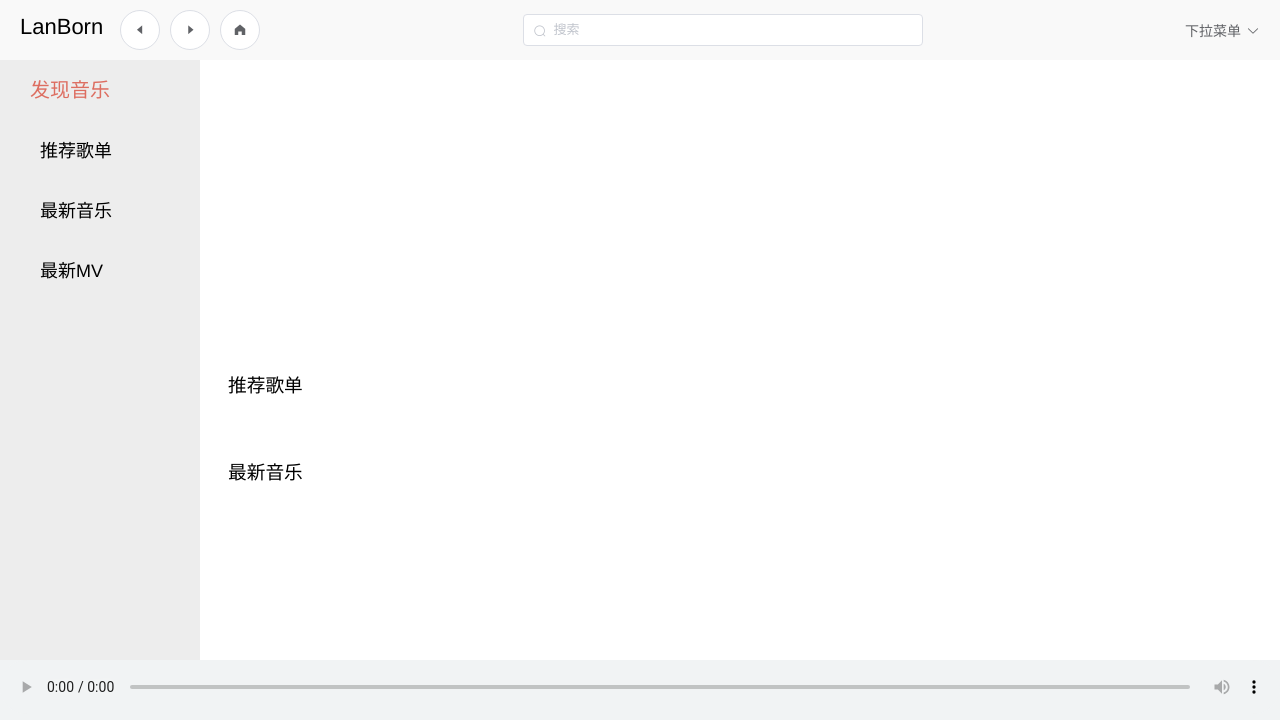
Repository: Lanborn/cloud_music
Page: /
An editor plug-in stored every save of this project. The page is shown before and after the next save, followed by the edit.
The browser window is 1280 px wide. The pictures show the whole page.
The page's requests for data from a server got no answer. An inner scrolling area shows only its first screen. The project was rebuilt for these pictures with package versions that can differ from the ones it lists, and the page was loaded fresh each time. No one was signed in, and anything a server would have sent is missing. Also part of the build but not shown: vue.config.js, src/components/playlists.vue, src/components/songs.vue, src/components/mvs.vue, src/components/result.vue, src/components/playlist.vue, src/components/mv.vue.

Above is the page before, as saved 2021-12-11 19:24:25.

### src/views/top.vue
<template>
  <div class="top-container">
    <div class="left-box">
      <div class="icon-wrapper">
        <el-tooltip class="item" :enterable="false" effect="dark" content="去主页：lanborn.github.io/Vueprs/" placement="bottom">
          <!-- <img src="" alt=""> -->
          <a class="el-tooltip item" href="https://lanborn.github.io/Vueprs/">LanBorn</a>
        </el-tooltip>
      </div>
      <div style="margin-left:20px" class="history-wrapper">
        <el-button @click="backLast" icon="el-icon-caret-left" circle></el-button>
        <el-button @click="preForWard" icon="el-icon-caret-right" circle></el-button>
        <el-button @click="goHome" icon="el-icon-s-home" circle></el-button>
      </div>
    </div>
    <div class="center-box">
        <div class="el-input el-input--small el-input--prefix">
          <input
            type="text"
            autocomplete="on"
            placeholder="搜索"
            class="el-input__inner"
            @keyup.enter="toResult"
            v-model="inputValue"
          />
          <span class="el-input__prefix">
            <i class="el-input__icon el-icon-search"></i>
          </span>
          <ul class="list-group">
            <li v-for="(item,index) in songList" :key="index" class="list-group-item">
              <label for="songName">
                {{item.alias[0]}}
              </label>
            </li>
          </ul>
      </div>
    </div>
    <div class="right-box">
        <el-dropdown>
          <span class="el-dropdown-link">
            下拉菜单<i class="el-icon-arrow-down el-icon--right"></i>
          </span>
        </el-dropdown>
      </div>
  </div>
</template>

<script>
import axios from 'axios'
export default {
  name: 'top',
  data() {
    return {
      query: '',
      inputValue : '',
      songList : [],
      time : '',
    }
  },
  // 这个地方要实现跟百度搜索一样的功能
  // updated : {
  //   time : setTimeout(() => {
  //     axios({
  //       url : 'https://autumnfish.cn/search',
  //       withCredentials : true,
  //       methods : 'get',
  //       params : {
  //         keywords : this.inputValue,
  //         limit : 6
  //       }
  //     }).then(
  //       res => {
  //         clearContent();
  //         this.songList = res.data.result.songs
  //       }
  //     )
  //   }, 800)
  // },
  methods: {
    toResult(){
      if(!this.inputValue){
        this.$message.warning('请输入内容')
      }else{
        // 跳转到搜索页并携带数据进行跳转
        this.$router.push('/result?q='+this.inputValue)
      }
    },
    backLast(){
      this.$router.back()
    },
    preForWard(){
      this.$router.forward()
    },
    goHome(){
      this.$router.push({
        name:'discovery'
      })
    }
  },
}
</script>

<style scoped>
.top-container {
  padding: 0;
  padding-right: 20px;
  display: flex;
  justify-content: space-between;
  align-items: center;
}
.center-box {
  flex-basis: 400px;
}
.left-box {
  margin-left: 20px;
  position: relative;
  text-align: center;
  font-size: 22px;
  color: black;
}
.left-box a {
  position: absolute;
  top: 10%;
  font-size: 22px;
  color: black;
}

</style>

### src/views/index.vue
<template>
  <div class="index-container">
    <!-- 左侧导航区 -->
    <div class="nav">
      <ul>
        <li>
          <routerLink to="/discovery">
            <span class="iconfont icon-find-music">发现音乐</span>
          </routerLink>
        </li>
        <li>
          <router-link to="/playlists">
            <span class="iconfont icon-music-list"></span>
            推荐歌单
          </router-link>
        </li>
        <li>
          <router-link to="/songs">
            <span class="iconfont icon-music"></span>
            最新音乐
          </router-link>
        </li>
        <li>
          <router-link to="/mvs">
            <span class="iconfont icon-mv"></span>
            最新MV
          </router-link>
        </li>
      </ul>
    </div>
    <!-- 主体区域 -->
    <div class="main">
      <router-view></router-view>
    </div>
    <!-- 播放标签 -->
    <div class="player">
      <!-- autoplay 自动播放 -->
      <audio crossOrigin="anonymous" :src="musicUrl" controls autoplay></audio>
    </div>
  </div>
</template>

<script>

export default {
  name: 'index',
  data() {
    return {
      musicUrl:""
    };
  },
  methods: {
    getUrl(data){
      console.log(data)
      this.$nextTick(function () {
        this.musicUrl = data
      });
    }
  },
  mounted(){
    this.$bus.$on('getYy',this.getUrl)
  },
}
</script>

<style scoped>
  .index-container {
    display: flex;
  }

  .index-container .nav {
    background-color: #ededed;
    width: 200px;
    height: 100%;
  }

  .index-container .nav li {
    height: 60px;
    cursor: pointer;
    display: flex;
    align-items: center;
  }

  .index-container .nav li:hover {
    background-color: #e7e7e7;
  }

  .index-container .nav li .iconfont {
    margin-right: 10px;
    font-size: 20px;
  }

  .index-container .nav li a {
    color: black;
    padding-left: 30px;
    font-size: 18px;
    line-height: 60px;
    width: 100%;
    height: 100%;
  }

  .index-container .nav li a.router-link-active {
    color: #dd6d60;
  }

  .index-container .nav li a.router-link-active .iconfont {
    color: #dd6d60;
  }

  .index-container .main {
    flex: 1;
    overflow-y: scroll;
    padding: 10px 20px;
  }

  .index-container .main > div {
    max-width: 1100px;
    margin: 0 auto;
  }

  .index-container .player {
    background: #f1f3f4;
    height: 60px;
    position: fixed;
    bottom: 0;
    left: 0;
    width: 100%;
  }

  .index-container audio {
    width: 100%;
    border-radius: none;
    outline: none;
  }
</style>

### src/components/discovery.vue
<template>
  <div class="discovery-container">
    <!-- 轮播图 -->
    <el-carousel :interval="4000" type="card">
      <!-- 循环获取到的接口数据 -->
      <el-carousel-item v-for="(item, index) in banners" :key="index">
        <img :src="item.imageUrl" alt="" />
      </el-carousel-item>
    </el-carousel>
    <!-- 推荐歌单 -->
    <div class="recommend">
      <h3 class="title">
        推荐歌单
      </h3>
      <div class="items">
        <div class="item" v-for="(item, index) in list" :key="index" @click="toPlayList(item.id)">
          <router-link to="/playlist">
                  <div class="img-wrap">
                    <div class="desc-wrap">
                      <span class="desc">{{ item.copywriter }}</span>
                    </div>
                    <img :src="item.picUrl" alt="" />
                    <span class="iconfont icon-play"></span>
                    <router-link to="/playlist"></router-link>
                  </div>
          </router-link>
          <p class="name">{{ item.name }}</p>
        </div>
      </div>
    </div>
    <!-- 最新音乐 -->
    <div class="news">
      <h3 class="title">
        最新音乐
      </h3>
      <div class="items">
        <div class="item" v-for="(item, index) in songs" :key="index">
          <div class="img-wrap">
            <!-- 封面 -->
            <img :src="item.picUrl" alt="" />
            <span @click="playMusic(item.id)" class="iconfont icon-play"></span>
          </div>
          <div class="song-wrap">
            <!-- 歌名 -->
            <div class="song-name">{{ item.name }}</div>
            <!-- 歌手名 -->
            <div class="singer">{{ item.song.artists[0].name }}</div>
          </div>
        </div>
      </div>
    </div>
    <!-- 推荐MV -->
    <div class="mvs">
      <h3 class="title">推荐MV</h3>
      <div class="items">
        <div class="item" @click="toMV(item.id)" v-for="(item,index) in mvs" :key="index">
          <div class="img-wrap">
            <img :src="item.picUrl" alt="" />
            <span class="iconfont icon-play"></span>
            <div class="num-wrap">
              <div class="iconfont icon-play"></div>
              <!-- 播放次数 -->
              <div class="num">{{ item.playCount }}</div>
            </div>
          </div>
          <div class="info-wrap">
            <!-- mv名 -->
            <div class="name">{{ item.name }}</div>
            <!-- 歌手名 -->
            <div class="singer">{{ item.artistName }}</div>
          </div>
        </div>
      </div>
    </div>
  </div>
</template>

<script>
  // 导入 axios
  import axios from 'axios'
  export default {
    name: 'discovery',
    data() {
      return {
        // 轮播图
        banners: [],
        // 推荐歌单
        list: [],
        // 最新音乐
        songs: [],
        // 推荐mv
        mvs:[]
      }
    },
    created() {
      // console.log('created')
      // 轮播图接口
      axios({
        url: 'https://netease-cloud-music-api-blond-iota.vercel.app/banner',
        // withCredentials: true, //关键
        method: 'get'
      }).then(res => {
        // console.log(res)
        this.banners = res.data.banners
      })

      // 推荐歌单
      axios({
        url: 'https://netease-cloud-music-api-blond-iota.vercel.app/personalized',
        // url : '/personalized',
        withCredentials: true,
        method: 'get',
        params: {
          // 获取的数据量
          limit: 10
        }
      }).then(res => {
        // console.log('推荐歌单')
        // console.log(res)
        this.list = res.data.result
      })

      // 最新音乐
      axios({
        url: 'https://autumnfish.cn/personalized/newsong',
        params : {
          limit : 10
        },
        method: 'get'
      }).then(res => {
        // console.log(res)
        this.songs = res.data.result
      })

      // 最新mv
      axios({
        url: 'https://autumnfish.cn/personalized/mv',
        method: 'get'
      }).then(res => {
        // console.log(res)
        this.mvs = res.data.result
      })
    },
    methods: {
      playMusic(id) {
        // console.log(id)
        axios({
          // url : 'https://netease-cloud-music-api-blond-iota.vercel.app/song/url',
          url: '/song/url',
          // withCredentials: true, //关键
          method: 'get',
          params: {
            id
          }
        }).then(res => {
          console.log(res)
          // console.log(this.$parent)
          let url = res.data.data[0].url
          console.log(url)
          if(res.status !== 200){
            return this.$message.error('网络错误，获取歌曲失败！')
          }
          this.$bus.$emit('getYy', url);

          // this.$parent.musicUrl = url

        },err=>{
          console.log(err)
        })
      },
      toPlayList(id) {
        console.log(id)
        this.$router.push(`/playlist?q=${id}`)
      },
      toMV(id){
        console.log(id)
        this.$router.push(`/mv??q=${id}`)
      }
    }
  }
</script>

<style lang="less" scoped>
  .discovery-container .el-carousel__container {
    height: 230px;
  }

  .discovery-container .el-carousel__item img {
    width: 100%;
    height: 100%;
    border-radius: 10px;
  }

  .discovery-container .title {
    font-weight: normal;
    margin-bottom: 20px;
    padding-left: 8px;
  }

  .discovery-container .recommend {
    margin-bottom: 40px;
  }

  .discovery-container .recommend .items {
    display: flex;
    flex-wrap: wrap;
  }

  .discovery-container .recommend .items .item {
    width: 200px;
    margin: 10px;
    position: relative;
    overflow: hidden;
  }

  .discovery-container .recommend .items .item img {
    width: 200px;
    height: 200px;
    border-radius: 5px;
  }

  .discovery-container .recommend .items .item .desc-wrap {
    position: absolute;
    width: 100%;
    top: 0;
    left: 0;
    font-size: 16px;
    color: white;
    background: rgba(0, 0, 0, 0.5);
    max-height: 50px;
    padding: 5px;
    overflow: hidden;
    text-overflow: ellipsis;
    display: -webkit-box;
    -webkit-box-orient: vertical;
    -webkit-line-clamp: 2;
    top: -50px;
  }

  .discovery-container .recommend .items .item .desc-wrap span {
    font-size: 14px;
  }

  .discovery-container .recommend .items .item:hover .desc-wrap {
    top: 0;
  }

  .discovery-container .recommend .items .item .img-wrap {
    position: relative;
  }

  .discovery-container .recommend .items .item .img-wrap .icon-play {
    position: absolute;
    right: 10px;
    bottom: 13px;
    width: 40px;
    height: 40px;
    color: #dd6d60;
    font-size: 20px;
    border-radius: 50%;
    display: flex;
    align-items: center;
    justify-content: center;
    background: rgba(255, 255, 255, 0.8);
    opacity: 0;
  }

  .discovery-container .recommend .items .item .img-wrap .icon-play::before {
    transform: translateX(3px);
  }

  .discovery-container .recommend .items .item .img-wrap:hover .icon-play {
    opacity: 1;
  }

  .discovery-container .recommend .items .item .name {
    overflow: hidden;
    text-overflow: ellipsis;
    display: -webkit-box;
    -webkit-box-orient: vertical;
    -webkit-line-clamp: 1;
    font-size: 14px;
  }

  .discovery-container .news {
    margin-bottom: 40px;
  }

  .discovery-container .news .items {
    height: 500px;
    display: flex;
    flex-direction: column;
    flex-wrap: wrap;
    padding-left: 15px;
  }

  .discovery-container .news .items .item {
    height: 100px;
    width: 50%;
    display: flex;
    align-items: center;
  }

  .discovery-container .news .items .item:hover {
    background-color: #f5f5f5;
  }

  .discovery-container .news .items .item .index {
    margin-right: 15px;
    font-size: 15px;
  }

  .discovery-container .news .items .item .img-wrap {
    position: relative;
    display: flex;
    align-items: center;
    justify-content: center;
    cursor: pointer;
  }

  .discovery-container .news .items .item .img-wrap img {
    width: 80px;
    height: 80px;
  }

  .discovery-container .news .items .item .img-wrap .iconfont {
    position: absolute;
    top: 50%;
    left: 50%;
    transform: translate(-50%, -50%);
    width: 30px;
    height: 30px;
    color: #dd6d60;
    text-align: center;
    line-height: 30px;
    border-radius: 50%;
    font-size: 14px;
    background: rgba(255, 255, 255, 0.8);
    opacity: 0;
  }

  .discovery-container .news .items .item .img-wrap .iconfont::before {
    transform: translateX(3px);
  }

  .discovery-container .news .items .item .img-wrap:hover .iconfont {
    opacity: 1;
  }

  .discovery-container .news .items .item .song-wrap {
    display: flex;
    flex-direction: column;
    justify-content: space-around;
    height: 100%;
    padding: 10px;
    font-size: 16px;
  }

  .discovery-container .news .items .item .song-wrap .singer {
    font-size: 14px;
    color: gray;
  }

  .discovery-container .mvs .items {
    display: flex;
    justify-content: space-around;
  }

  .discovery-container .mvs .items .item {
    width: 250px;
    cursor: pointer;
  }

  .discovery-container .mvs .items .item .img-wrap {
    width: 100%;
    position: relative;
  }

  .discovery-container .mvs .items .item .img-wrap > .icon-play {
    position: absolute;
    top: 50%;
    left: 50%;
    transform: translate(-50%, -50%);
    width: 40px;
    height: 40px;
    color: #dd6d60;
    font-size: 20px;
    border-radius: 50%;
    display: flex;
    align-items: center;
    justify-content: center;
    background: rgba(255, 255, 255, 0.8);
    opacity: 0;
  }

  .discovery-container .mvs .items .item .img-wrap > .icon-play::before {
    transform: translateX(3px);
  }

  .discovery-container .mvs .items .item .img-wrap:hover > .icon-play {
    opacity: 1;
  }

  .discovery-container .mvs .items .item .img-wrap img {
    width: 100%;
    border-radius: 5px;
  }

  .discovery-container .mvs .items .item .img-wrap .num-wrap {
    position: absolute;
    color: white;
    top: 0;
    right: 0;
    display: flex;
    align-content: center;
    font-size: 15px;
    padding-right: 5px;
    padding-top: 2px;
  }

  .discovery-container .mvs .items .item .img-wrap .num-wrap .icon-play {
    font-size: 12px;
    display: flex;
    align-items: center;
    margin-right: 5px;
  }

  .discovery-container .mvs .items .item .info-wrap .name {
    font-size: 15px;
    margin-bottom: 5px;
  }

  .discovery-container .mvs .items .item .info-wrap .singer {
    font-size: 14px;
    color: #c5c5c5;
  }
</style>

Loaded but not shown: public/index.html (common file); src/main.js (common file); src/App.vue (common file); src/router/index.js (63 lines, source omitted); src/assets/index.css (1393 lines, source omitted)

After the next save:
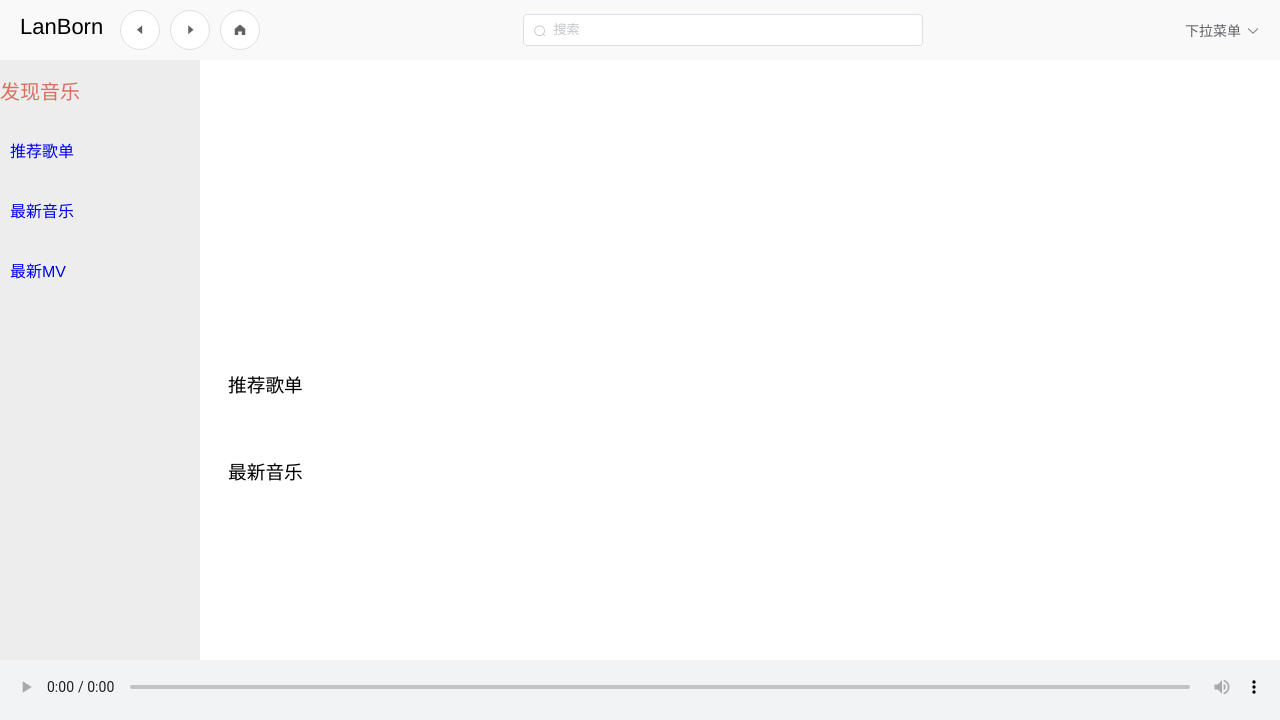
Saved 80 s later.
--- a/src/views/index.vue
+++ b/src/views/index.vue
@@ -90,14 +90,14 @@
     font-size: 20px;
   }
 
-  .index-container .nav li a {
+  /* .index-container .nav li a {
     color: black;
     padding-left: 30px;
     font-size: 18px;
     line-height: 60px;
     width: 100%;
     height: 100%;
-  }
+  } */
 
   .index-container .nav li a.router-link-active {
     color: #dd6d60;

After the save that followed:
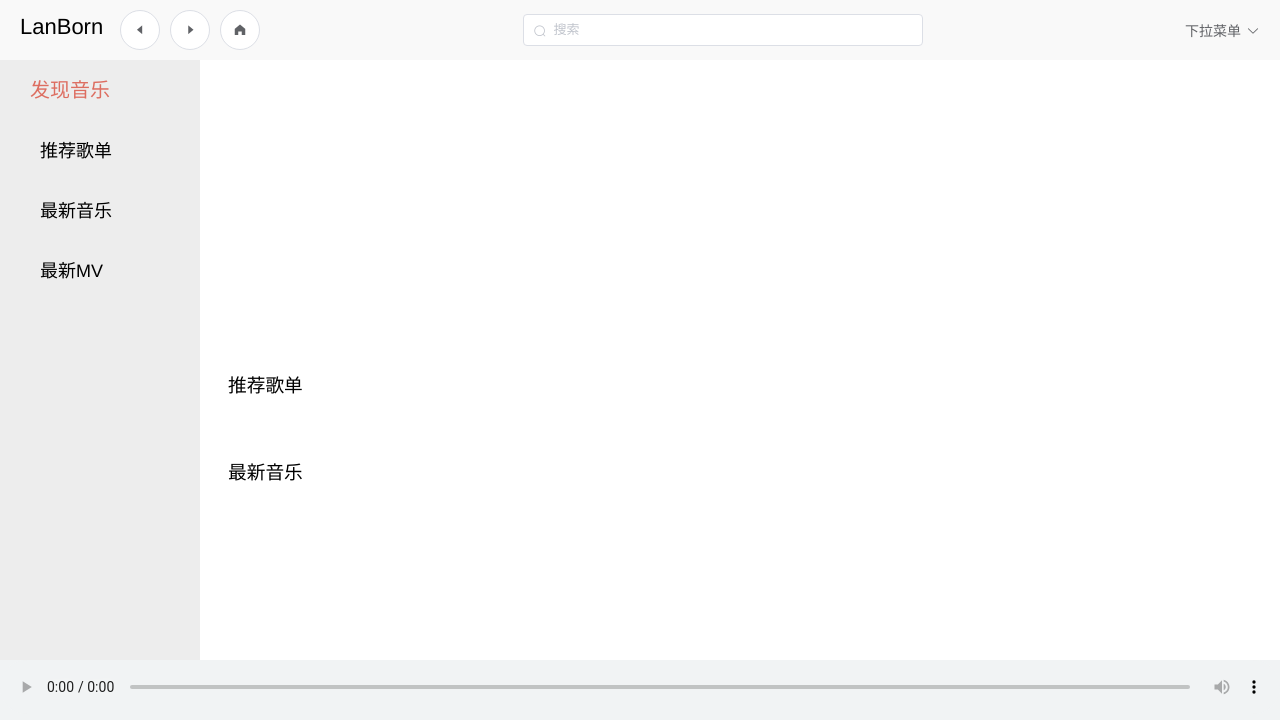
Saved 5 s later.
--- a/src/views/index.vue
+++ b/src/views/index.vue
@@ -90,14 +90,14 @@
     font-size: 20px;
   }
 
-  /* .index-container .nav li a {
+  .index-container .nav li a {
     color: black;
     padding-left: 30px;
     font-size: 18px;
     line-height: 60px;
     width: 100%;
     height: 100%;
-  } */
+  }
 
   .index-container .nav li a.router-link-active {
     color: #dd6d60;
